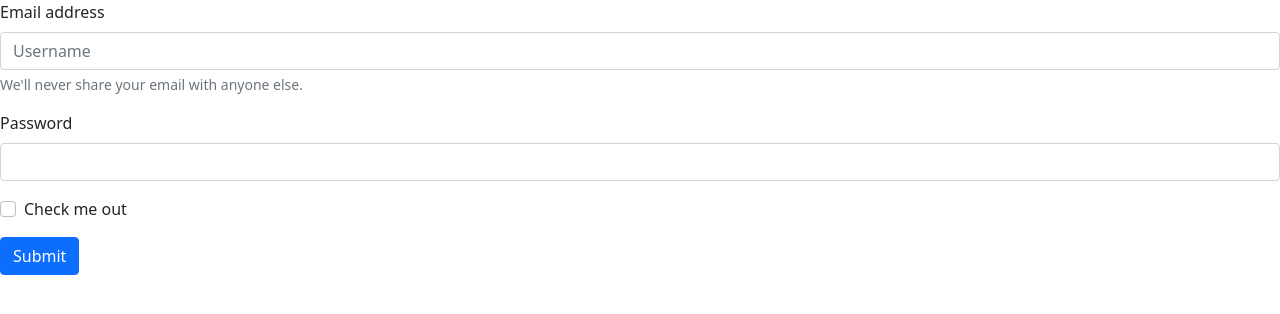
Repository: dilaraozdem1r/BooksApp
Page: /admin/page
An editor plug-in stored every save of this project. The page is shown before and after the next save, followed by the edit.
The browser window is 1280 px wide. The pictures show the whole page.
The page's requests for data from a server got no answer. The project was rebuilt for these pictures with package versions that can differ from the ones it lists, and the page was loaded fresh each time. No one was signed in, and anything a server would have sent is missing. Also part of the build but not shown: src/Components/BookList.js, src/Components/SearchBar.js.

Above is the page before, as saved 2021-08-20 13:14:02.

After the next save:
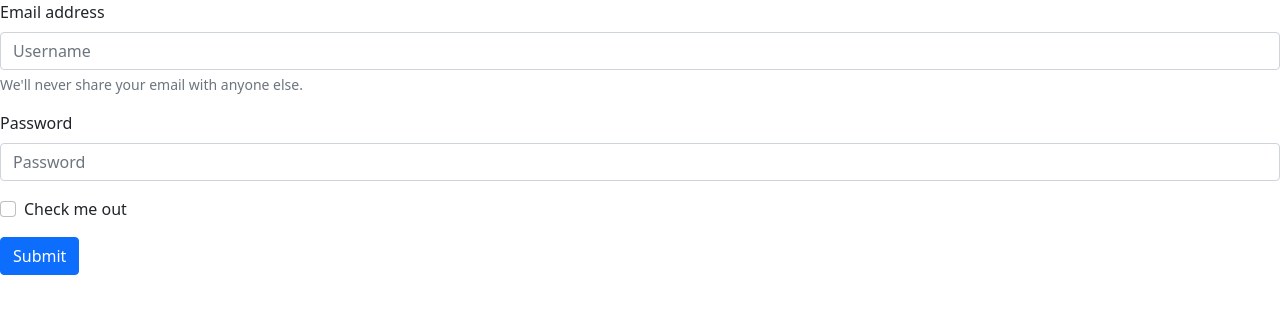
Saved 20 s later.
--- a/src/Components/Admin.js
+++ b/src/Components/Admin.js
@@ -14,7 +14,7 @@ class Admin extends React.Component {
   </div>
                             <div class="mb-3">
                                 <label for="exampleInputPassword1" class="form-label">Password</label>
-                                <input type="password" class="form-control" id="exampleInputPassword1"/>
+                                <input type="password" class="form-control" placeholder="Password" aria-label="Last name"/>
   </div>
                                 <div class="mb-3 form-check">
                                     <input type="checkbox" class="form-check-input" id="exampleCheck1"/>
